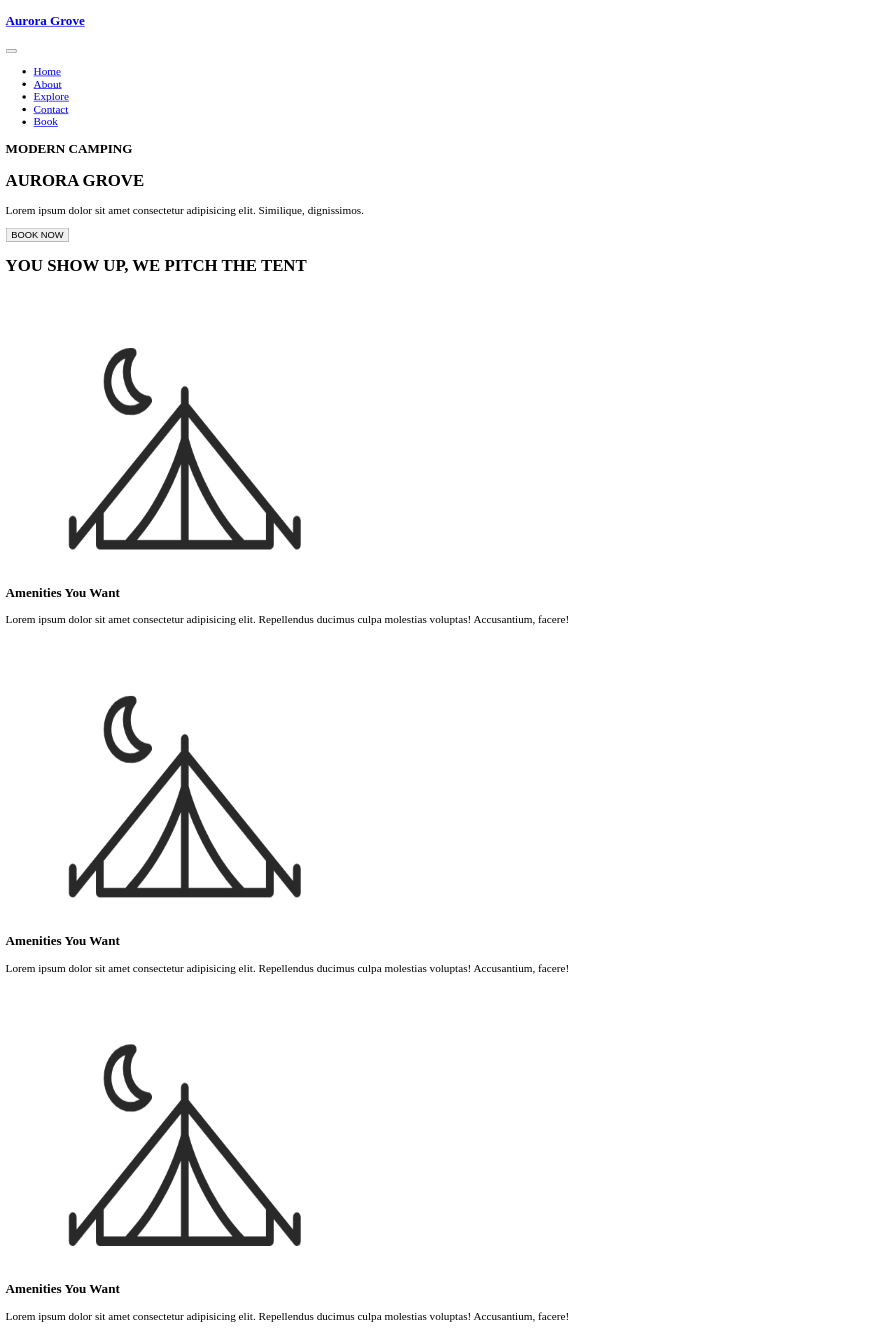
Repository: minhtien9/AuroraGrove
Page: index.html
An editor plug-in stored every save of this project. The page is shown before and after the next save, followed by the edit.
The browser window is 1280 px wide. The pictures show the whole page, at 70% of full size.
The style sheet was rebuilt from its Sass, Less or Tailwind sources for each picture, by a compiler version that may differ from the author's.

Above is the page before, as saved 2021-12-04 13:41:07.

After the next save:
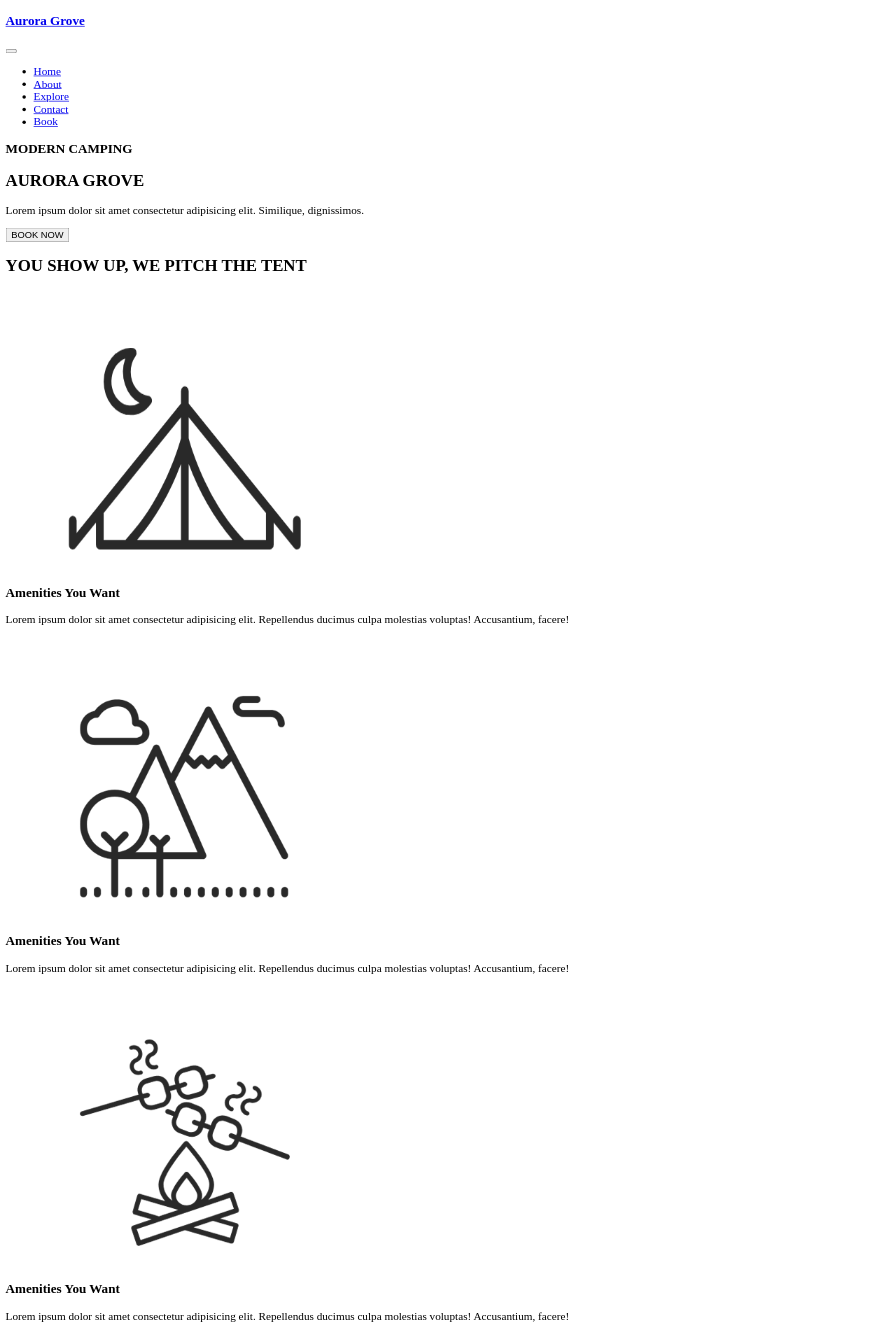
Saved 16 s later.
--- a/index.html
+++ b/index.html
@@ -103,7 +103,7 @@
                     </div>
                     <div class="col-md-4 p-3">
                         <img
-                            src="images/icons/tent.png"
+                            src="images/icons/nature.png"
                             alt="#"
                             class="img-fluid"
                         />
@@ -116,7 +116,7 @@
                     </div>
                     <div class="col-md-4 p-3">
                         <img
-                            src="images/icons/tent.png"
+                            src="images/icons/campfire.png"
                             alt="#"
                             class="img-fluid"
                         />
